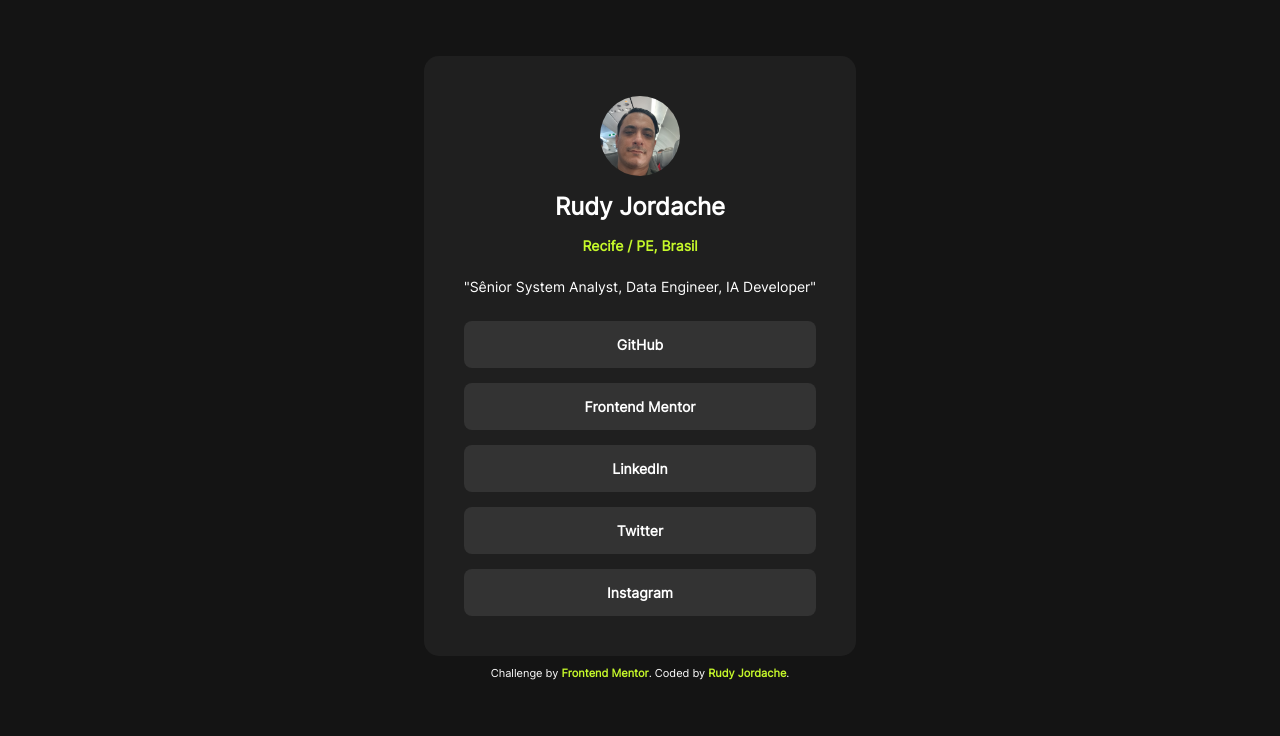
Repository: RudyJ/social-links-profile
Page: index.html
An editor plug-in stored every save of this project. The page is shown before and after the next save, followed by the edit.
The browser window is 1280 px wide. The pictures show the whole page.

Above is the page before, as saved 2024-04-02 20:30:11.

### index.html
<!DOCTYPE html>
<html lang="en">

  <head>
    <meta charset="UTF-8">
    <meta name="viewport" content="width=device-width, initial-scale=1.0">
    <!-- displays site properly based on user's device -->
    <link rel="icon" type="image/png" sizes="32x32" href="./assets/images/favicon-32x32.png">
    <title>Frontend Mentor | Social links profile</title>
    <link rel="stylesheet" href="./assets/css/style.css" />
  </head>

  <body>

    <div class="card">
      <div class="imagem">
        <img src="./assets/images/me.png" />
      </div>
      <h1>Rudy Jordache</h1>
      <h2>Recife / PE, Brasil</h2>
      <p>"Sênior System Analyst, Data Engineer, IA Developer"</p>
      <ul>
        <li>
          <a href="#">GitHub</a>
        </li>
        <li>
          <a href="#">Frontend Mentor</a>
        </li>
        <li>
          <a href="#">LinkedIn</a>
        </li>
        <li>
          <a href="#">Twitter</a>
        </li>
        <li>
          <a href="#">Instagram</a>
        </li>
      </ul>
    </div>

    <div class="attribution">
      Challenge by <a href="https://www.frontendmentor.io?ref=challenge" target="_blank">Frontend Mentor</a>.
      Coded by <a href="#">Rudy Jordache</a>.
    </div>
  </body>

</html>

### assets/css/style.css
@font-face {
    font-family: 'Inter';
    src: url('../fonts/static/Inter-Regular.ttf');
    font-weight: 400;
}


body {
    background-color: hsl(0, 0%, 8%);
    color: hsl(0, 0%, 100%);
    display: flex;
    flex-direction: column;
    align-items: center;
    justify-content: center;
    height: 100vh;
    overflow: hidden;
    font-family: 'Inter';
    font-weight: 400;
    font-size: 14px;
}


body .card {
    background-color: hsl(0, 0%, 12%);
    padding:  40px 40px 25px 40px;
    box-sizing: border-box;
    border-radius: 15px;
    text-align: center;
}

body .card .imagem {
    width: 80px;
    height: 80px;
    border-radius: 50%;
    overflow: hidden;
    display: block;
    margin: auto;
}

body .card .imagem img {
    width: 100%;
    display: block;
}


body .card h1 {
    font-size: 24px;
    font-weight: 700;
}
body .card h2 {
    color: hsl(75, 94%, 57%);
    font-size: 14px;
    margin-bottom: 24px;
    font-weight: 600;
}
body .card p {
    font-size: 14px;
    margin-bottom: 26px;
}

body .card ul {
    list-style: none;
    padding-left: 0;
}

body .card ul li {
    margin-bottom: 15px;
}

body .card ul li a {
    background-color: hsl(0, 0%, 20%);
    color: hsl(0, 0%, 100%);
    text-decoration: none;
    display: block;
    padding: 15px;
    border-radius: 8px;
    font-weight: 700;
}
body .card ul li a:hover {
    background-color: hsl(75, 94%, 57%);
    color: hsl(0, 0%, 12%);
}

.attribution {
    font-size: 11px;
    text-align: center;
    margin-top: 10px;
}

.attribution a {
    color: hsl(75, 94%, 57%);
    font-weight: 600;
    text-decoration: none;
}

After the next save:
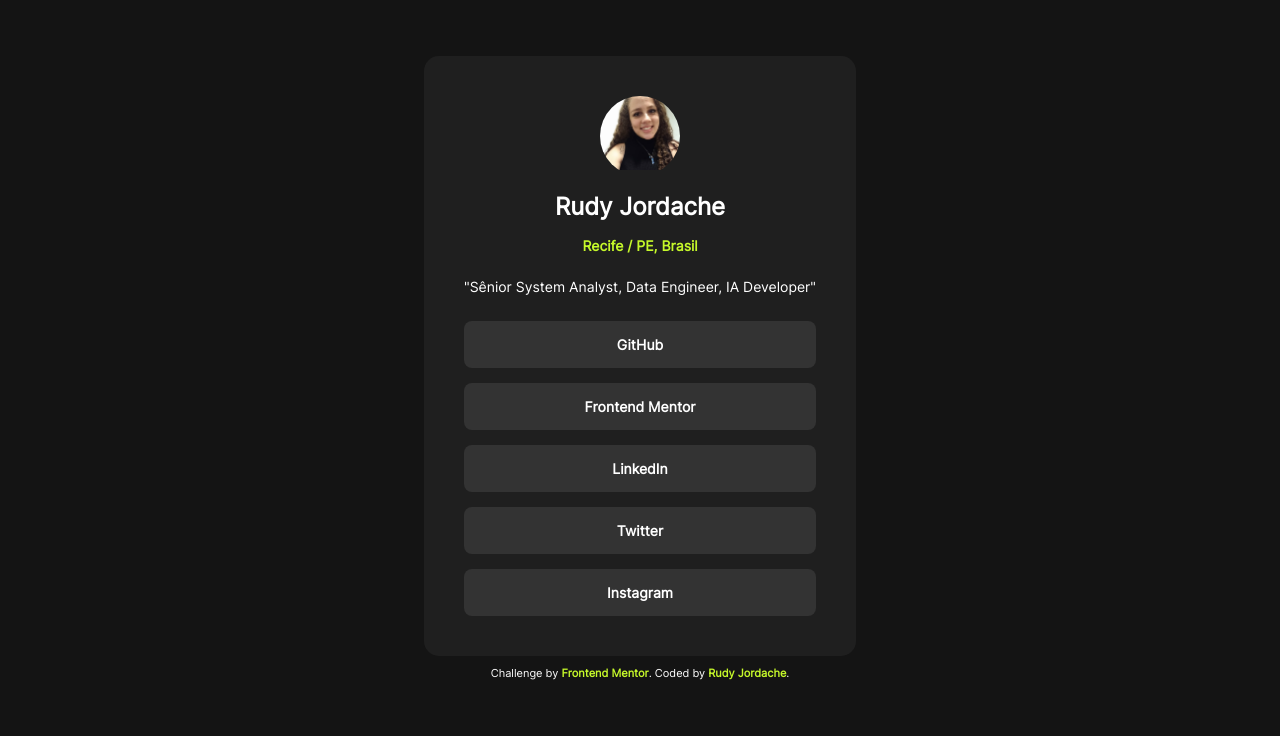
Saved 4 min 49 s later.
--- a/index.html
+++ b/index.html
@@ -14,7 +14,7 @@
 
     <div class="card">
       <div class="imagem">
-        <img src="./assets/images/me.png" />
+        <img src="./assets/images/keja.jpg" />
       </div>
       <h1>Rudy Jordache</h1>
       <h2>Recife / PE, Brasil</h2>

After the save that followed:
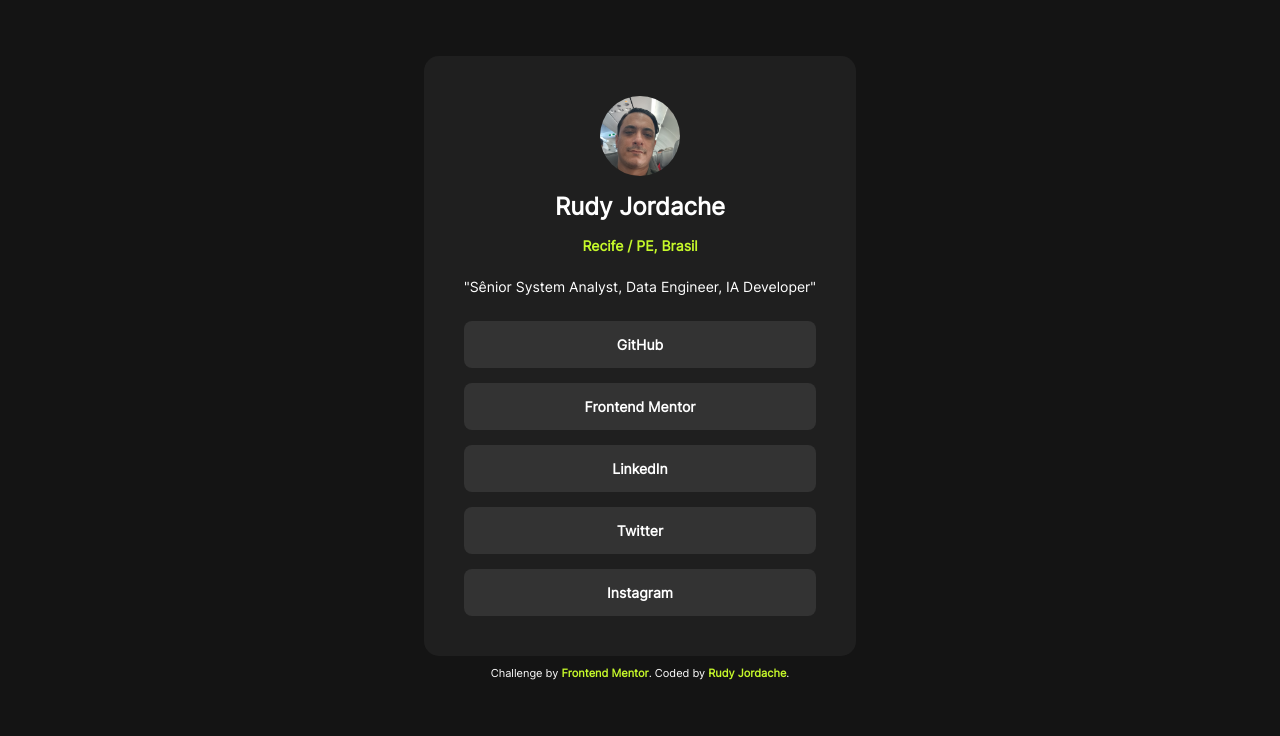
Saved 79 s later.
--- a/index.html
+++ b/index.html
@@ -14,7 +14,7 @@
 
     <div class="card">
       <div class="imagem">
-        <img src="./assets/images/keja.jpg" />
+        <img src="./assets/images/me.png" />
       </div>
       <h1>Rudy Jordache</h1>
       <h2>Recife / PE, Brasil</h2>
